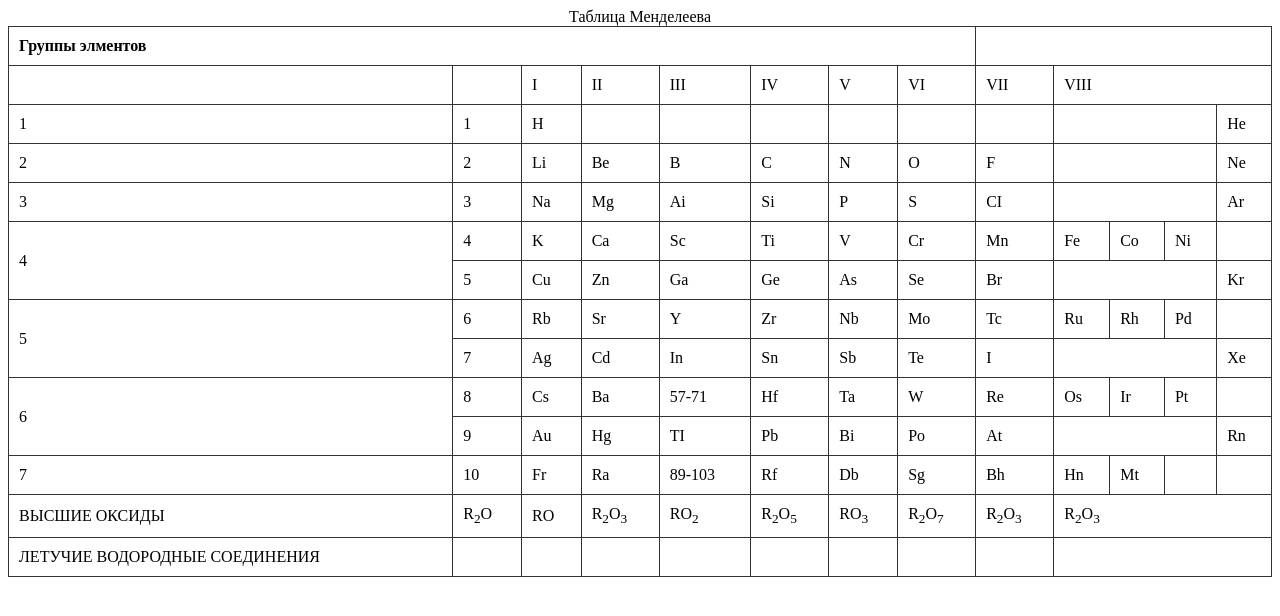
Repository: sannikovcode/exercises-a1
Page: JS/websites/01-periodic table/index.html
These files come from the project's save history. The page is drawn as it stood at one moment and after the next save; the edit follows.
The browser window is 1280 px wide. The pictures show the whole page.

Above is the page before, as saved 2025-10-17 19:15:45.

### JS/websites/01-periodic table/index.html
<!DOCTYPE html>
<html lang="en">

<head>
    <meta charset="UTF-8">
    <meta name="viewport" content="width=device-width, initial-scale=1.0">
    <title>Periodic table</title>
    <link rel="stylesheet" href="styles.css">
</head>

<body>
    <table>
        <caption>Таблица Менделеева</caption>
        <thead>
            <tr>
                <th colspan="8">Группы элментов</th>
            </tr>
        </thead>

        <tbody>
            <tr>
                <td></td>
                <td></td>
                <td>I</td>
                <td>II</td>
                <td>III</td>
                <td>IV</td>
                <td>V</td>
                <td>VI</td>
                <td>VII</td>
                <td colspan="4">VIII</td>
            </tr>
            <tr>
                <td>1</td>
                <td>1</td>
                <td>H</td>
                <td></td>
                <td></td>
                <td></td>
                <td></td>
                <td></td>
                <td></td>
                <td colspan="3"></td>
                <td>He</td>

            </tr>
            <tr>
                <td>2</td>
                <td>2</td>
                <td>Li</td>
                <td>Be</td>
                <td>B</td>
                <td>C</td>
                <td>N</td>
                <td>O</td>
                <td>F</td>
                <td colspan="3"></td>
                <td>Ne</td>


            </tr>
            <tr>
                <td>3</td>
                <td>3</td>
                <td>Na</td>
                <td>Mg</td>
                <td>Ai</td>
                <td>Si</td>
                <td>P</td>
                <td>S</td>
                <td>CI</td>
                <td colspan="3"></td>
                <td>Ar</td>

            </tr>
            <tr>
                <td rowspan="2">4</td>
                <td>4</td>
                <td>K</td>
                <td>Ca</td>
                <td>Sc</td>
                <td>Ti</td>
                <td>V</td>
                <td>Cr</td>
                <td>Mn</td>
                <td>Fe</td>
                <td>Co</td>
                <td>Ni</td>
                <td></td>
            </tr>
            <tr>
                <td>5</td>
                <td>Cu</td>
                <td>Zn</td>
                <td>Ga</td>
                <td>Ge</td>
                <td>As</td>
                <td>Se</td>
                <td>Br</td>
                <td colspan="3"></td>
                <td>Kr</td>
            <tr>
                <td rowspan="2">5</td>
                <td>6</td>
                <td>Rb</td>
                <td>Sr</td>
                <td>Y</td>
                <td>Zr</td>
                <td>Nb</td>
                <td>Mo</td>
                <td>Tc</td>
                <td>Ru</td>
                <td>Rh</td>
                <td>Pd</td>
                <td></td>
            </tr>
            <tr>
                <td>7</td>
                <td>Ag</td>
                <td>Cd</td>
                <td>In</td>
                <td>Sn</td>
                <td>Sb</td>
                <td>Te</td>
                <td>I</td>
                <td colspan="3"></td>
                <td>Xe</td>
            </tr>
            <tr>
                <td rowspan="2">6</td>
                <td>8</td>
                <td>Cs</td>
                <td>Ba</td>
                <td>57-71</td>
                <td>Hf</td>
                <td>Ta</td>
                <td>W</td>
                <td>Re</td>
                <td>Os</td>
                <td>Ir</td>
                <td>Pt</td>
                <td></td>
            </tr>
            <tr>
                <td>9</td>
                <td>Au</td>
                <td>Hg</td>
                <td>TI</td>
                <td>Pb</td>
                <td>Bi</td>
                <td>Po</td>
                <td>At</td>
                <td colspan="3"></td>
                <td>Rn</td>
            </tr>
            <tr>
                <td>7</td>
                <td>10</td>
                <td>Fr</td>
                <td>Ra</td>
                <td>89-103</td>
                <td>Rf</td>
                <td>Db</td>
                <td>Sg</td>
                <td>Bh</td>
                <td>Hn</td>
                <td>Mt</td>
                <td></td>
                <td></td>
            </tr>
            <tr>
                <td>ВЫСШИЕ ОКСИДЫ</td>
                <td>R<sub>2</sub>O</td>
                <td>RO</td>
                <td>R<sub>2</sub>O<sub>3</sub></td>
                <td>RO<sub>2</sub></td>
                <td>R<sub>2</sub>O<sub>5</sub></td>
                <td>RO<sub>3</sub></td>
                <td>R<sub>2</sub>O<sub>7</sub></td>
                <td>R<sub>2</sub>O<sub>3</sub></td>
                <td colspan="4">R<sub>2</sub>O<sub>3</sub></td>

            </tr>
            <tr>
                <td>ЛЕТУЧИЕ ВОДОРОДНЫЕ СОЕДИНЕНИЯ</td>
                <td></td>
                <td></td>
                <td></td>
                <td></td>
                <td></td>
                <td></td>
                <td></td>
                <td></td>
                <td colspan="4"></td>
            </tr>

        </tbody>
        <tfoot>

        </tfoot>

    </table>




</body>

</html>

### JS/websites/01-periodic table/styles.css
table {
  border-collapse: collapse;
  width: 100%;
}

table, th, td {
  border: 1px solid #333;
}

th, td {
  padding: 10px;
  text-align: left;
}

After the next save:
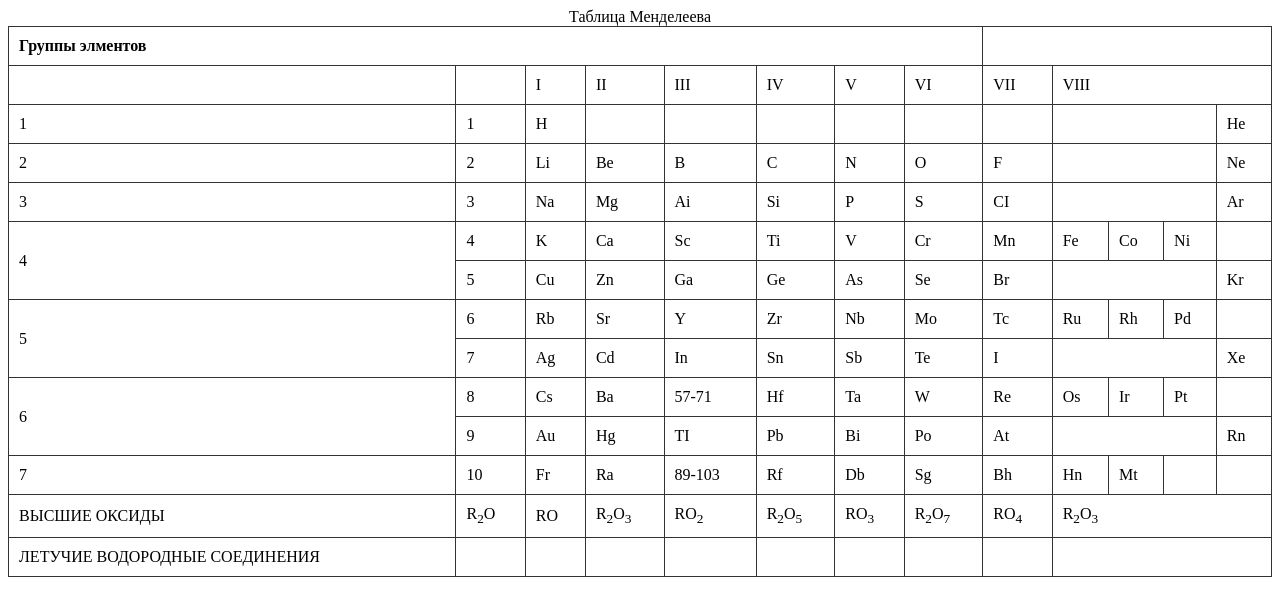
Saved 29 s later.
--- a/JS/websites/01-periodic table/index.html
+++ b/JS/websites/01-periodic table/index.html
@@ -177,7 +177,7 @@
                 <td>R<sub>2</sub>O<sub>5</sub></td>
                 <td>RO<sub>3</sub></td>
                 <td>R<sub>2</sub>O<sub>7</sub></td>
-                <td>R<sub>2</sub>O<sub>3</sub></td>
+                <td>RO<sub>4</sub></td>
                 <td colspan="4">R<sub>2</sub>O<sub>3</sub></td>
 
             </tr>
